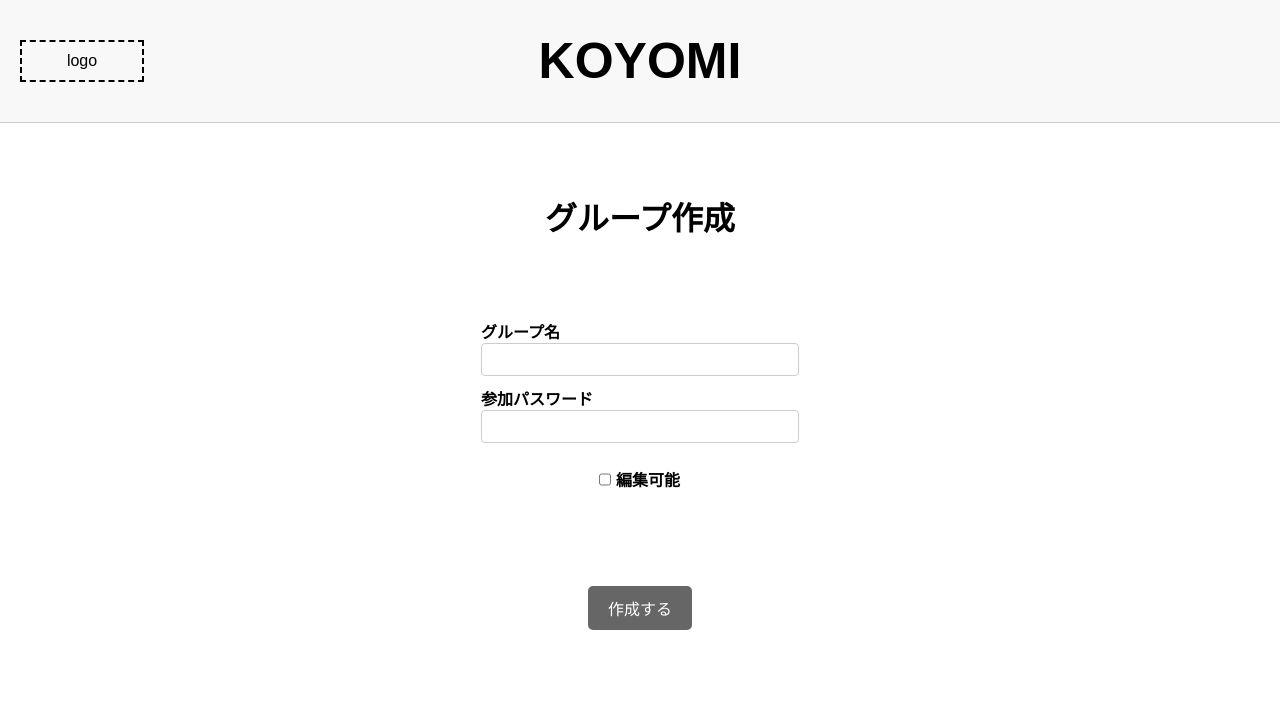
Repository: teramu0602/koyomi
Page: http://localhost/groups
The author's editor kept a copy of each file at every save. The page is drawn from the files as they stood at one save, then again after the next save.
The browser window is 1280 px wide. The pictures show the whole page.
Some web fonts or font styles are not loaded; a fallback is used. The page is served by the project's Laravel application, run on PHP 8.4 with Laravel 9.

Above is the page before, as saved 2025-03-23 15:03:26.

After the next save:
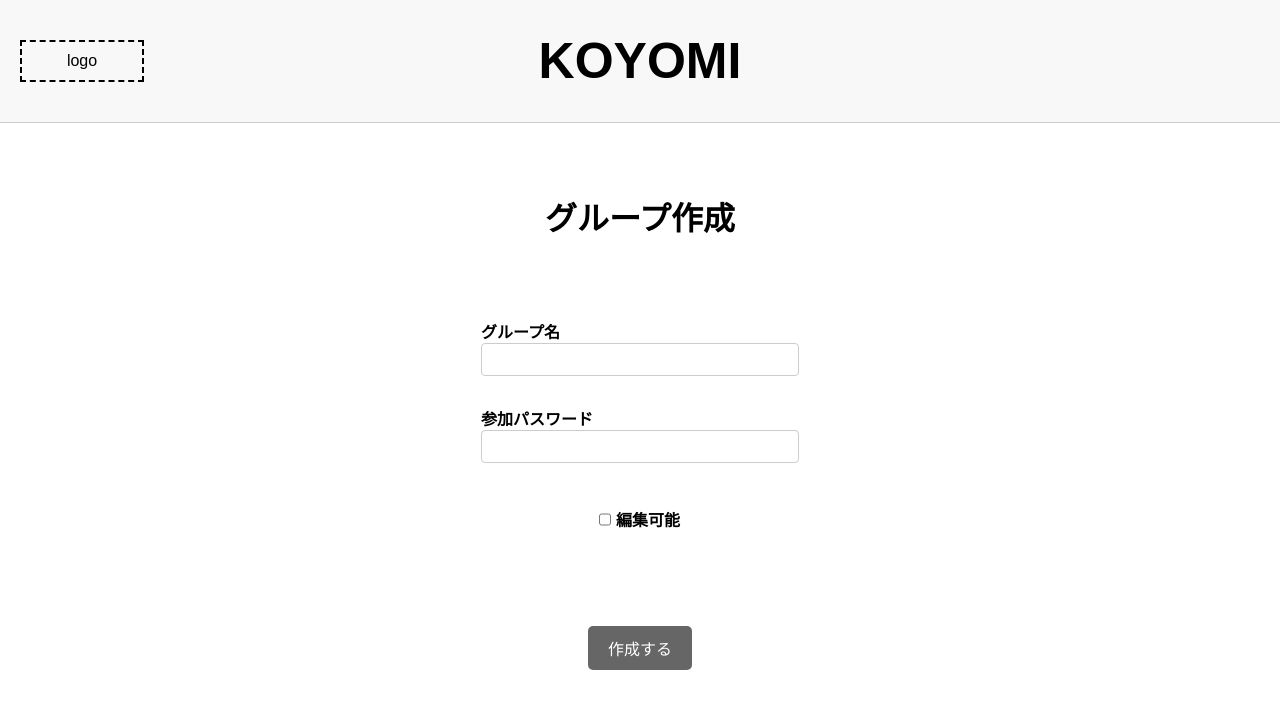
Saved 2 min 16 s later.
--- a/resources/views/admin/create_group.blade.php
+++ b/resources/views/admin/create_group.blade.php
@@ -4,7 +4,7 @@
 @section('content')
 <h1 class="h1">グループ作成</h1>
 <div class="joinctn">
-<form action="{{ route('groups.store') }}" method="POST">
+<form class="form" action="{{ route('groups.store') }}" method="POST">
     @csrf
     <div>
         <label for="group_name">グループ名</label>
